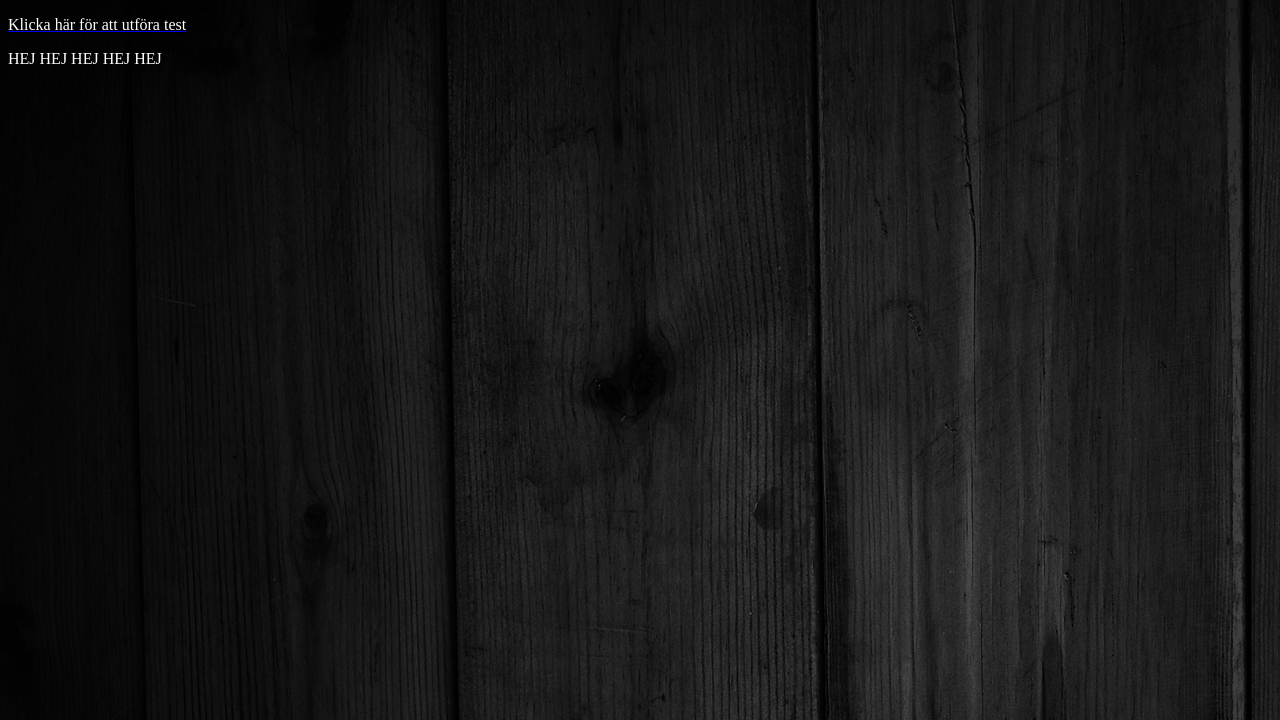
Repository: shelleylv/planb
Page: Client2/WebContent/Test.html
An editor plug-in stored every save of this project. The page is shown before and after the next save, followed by the edit.
The browser window is 1280 px wide. The pictures show the whole page.

Above is the page before, as saved 2015-04-02 13:18:56.

After the next save:
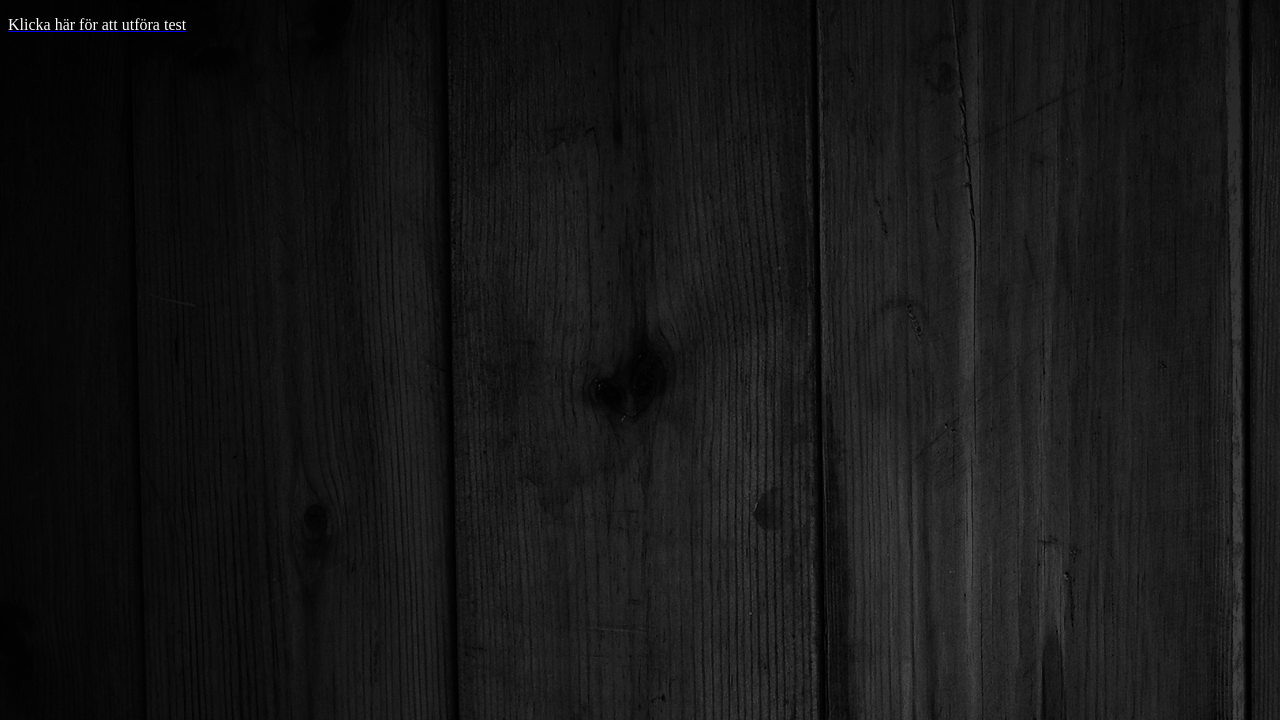
Saved 12 s later.
--- a/Client2/WebContent/Test.html
+++ b/Client2/WebContent/Test.html
@@ -8,7 +8,6 @@
 
 <body>
 <a href="http://localhost:8080/Client2/TestServlet?suite=hotel.client.junit.ejb.BeanTest"><p style = "color: white">Klicka här för att utföra test</p></a>
-<p style = "color: white"> HEJ HEJ HEJ HEJ HEJ </p>
 
 </body>
 </html>
